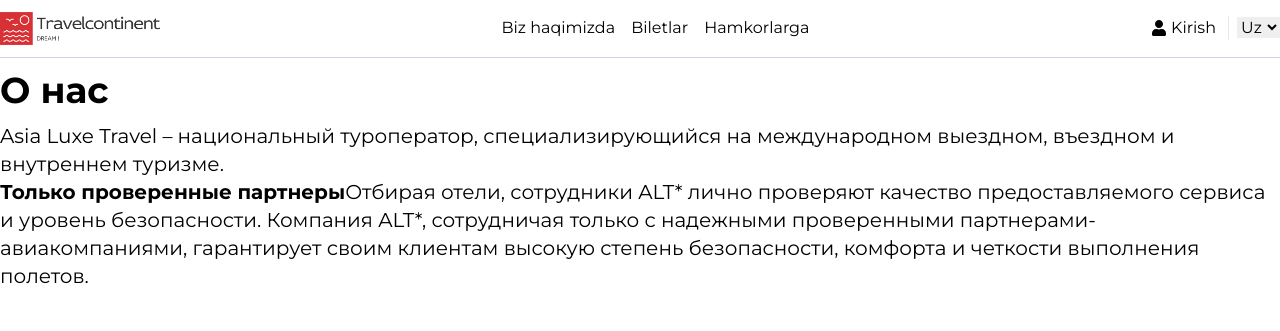
Repository: ziyodbek0300/avia-sales_
Page: /about-us
An editor plug-in stored every save of this project. The page is shown before and after the next save, followed by the edit.
The browser window is 1280 px wide. The pictures show the whole page.
The project was rebuilt for these pictures with package versions that can differ from the ones it lists, and the page was loaded fresh each time. Also part of the build but not shown: src/containers/home/Home.jsx.

Above is the page before, as saved 2022-06-04 00:31:48.

### src/index.js
import React from 'react';
import ReactDOM from 'react-dom/client';
import './index.scss';
import App from './App';
import { BrowserRouter } from 'react-router-dom';

// Import the functions you need from the SDKs you need
import { initializeApp } from "firebase/app";

const firebaseConfig = {
  apiKey: "AIzaSyCh8iVwHAk4edTRMCTfsixFgQGgbxiQ__o",
  authDomain: "travelcontinent-6deec.firebaseapp.com",
  projectId: "travelcontinent-6deec",
  storageBucket: "travelcontinent-6deec.appspot.com",
  messagingSenderId: "267962106998",
  appId: "1:267962106998:web:0326271bfbdab5676e8b57"
};

// Initialize Firebase
const app = initializeApp(firebaseConfig);
const root = ReactDOM.createRoot(document.getElementById('root'));
root.render(
  <React.StrictMode>
    <BrowserRouter>
      <App />
    </BrowserRouter>
  </React.StrictMode>
)

### src/index.scss
@tailwind base;
@tailwind components;
@tailwind utilities;
// font by google fonts
@import url('https://fonts.googleapis.com/css2?family=Montserrat:ital,wght@0,100;0,200;0,300;0,400;0,500;0,600;0,700;0,800;0,900;1,100;1,200;1,300;1,400;1,500;1,600;1,700;1,800;1,900&display=swap');

* {
  font-family: 'Montserrat', sans-serif;
}

code {
  font-family: source-code-pro, Menlo, Monaco, Consolas, 'Courier New',
    monospace;
}

.card-filter-courses {
  top: 5rem !important;
}

.card {
  grid-row: 1 / 3;
  background-size: cover;
  background-repeat: no-repeat;
}

/*main courses */
.main-courses {
  display: grid;
  grid-template-columns: 1fr 1fr;
  grid-template-rows: 10rem 10rem;
  grid-gap: 1rem;
}

.main-courses div:first-child {
  grid-row: 1 / 3;
}

.main-courses div {
  background-repeat: no-repeat;
  background-size: cover;
  background-image: linear-gradient(rgba(0, 0, 0, 0.1), rgba(0, 0, 0, 0.1));
  color: #fff;
}

.bg-custom {
  background: #f4f8fa !important;
}

### src/App.js
import { Route, Routes } from "react-router-dom";
import Navbar from "./components/navbar/Navbar";
import About from "./containers/about/About";
import Home from "./containers/home/Home";

function App() {
  return (
    <div>
      <Navbar />
      <Routes>
        <Route path="/" element={<Home />} />
        <Route path="/about-us" element={<About />} />
      </Routes>
    </div>
  );
}

export default App;

### src/components/navbar/Navbar.jsx
import React from 'react'
import { FaUser } from 'react-icons/fa';
import { NavLink } from 'react-router-dom';
import Logo from '../../static/images/logo.png'

function Navbar() {
    return (
        <div className='border-b border-b-slate-300 py-3'>
            <nav className=' flex justify-between items-center max-w-7xl mx-auto'>
                <div className="logo">
                    <img src={Logo} className="w-40" alt="logo" />
                </div>
                <ul className='flex gap-4'>
                    <li>
                        <NavLink to='/about-us'>Biz haqimizda</NavLink>
                    </li>
                    <li>Biletlar</li>
                    <li>Hamkorlarga</li>
                </ul>
                <ul className='flex gap-2'>
                    <li className='flex items-center border-r pr-3'>
                        <FaUser />&nbsp;Kirish
                    </li>
                    <li>
                        <select name="lang" id="lang" className='border-slate-500'>
                            <option value="uz">Uz</option>
                            <option value="uz">Ru</option>
                            <option value="uz">En</option>
                        </select>
                    </li>
                </ul>
            </nav>
        </div>
    )
}

export default Navbar

### src/containers/about/About.jsx
import React from 'react'

function About() {
    return (
        <div className='max-w-7xl mx-auto'>
            <div className='my-3'>
                <p className='text-4xl font-bold mb-3'>О нас</p>
                <p className='text-xl'>
                    Asia Luxe Travel – национальный туроператор, специализирующийся на международном выездном, въездном и внутреннем туризме.
                </p>
                <p className='text-xl'>
                    <b>Только проверенные партнеры</b>
                    Отбирая отели, сотрудники ALT* лично проверяют качество предоставляемого сервиса и уровень безопасности. Компания ALT*, сотрудничая только с надежными проверенными партнерами-авиакомпаниями, гарантирует своим клиентам высокую степень безопасности, комфорта и четкости выполнения полетов.
                </p>
            </div>
        </div>
    )
}

export default About

Loaded but not shown: public/index.html (common file); tailwind.config.js (common file)

After the next save:
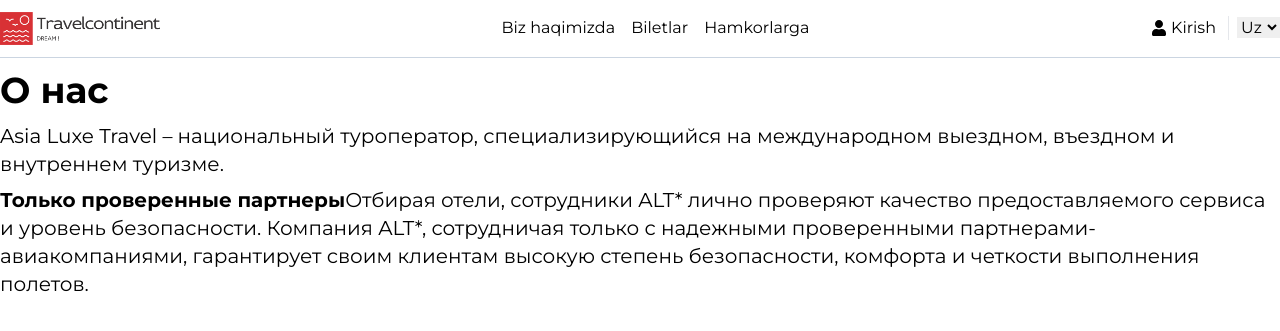
Saved 6 s later.
--- a/src/containers/about/About.jsx
+++ b/src/containers/about/About.jsx
@@ -5,7 +5,7 @@
         <div className='max-w-7xl mx-auto'>
             <div className='my-3'>
                 <p className='text-4xl font-bold mb-3'>О нас</p>
-                <p className='text-xl'>
+                <p className='text-xl mb-2'>
                     Asia Luxe Travel – национальный туроператор, специализирующийся на международном выездном, въездном и внутреннем туризме.
                 </p>
                 <p className='text-xl'>
